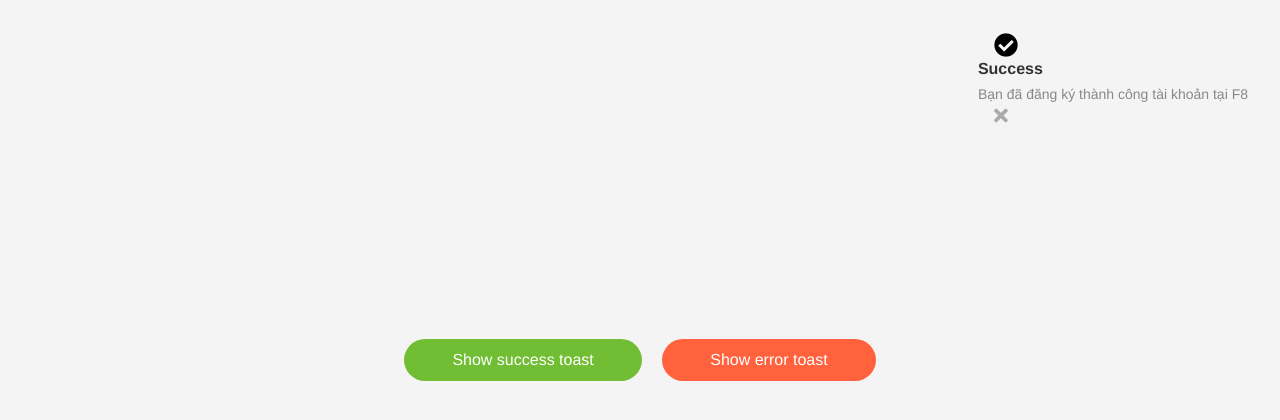
Repository: vuongtm1999/Toast_Message
Page: toast-message.html
An editor plug-in stored every save of this project. The page is shown before and after the next save, followed by the edit.
The browser window is 1280 px wide. The pictures show the whole page.

Above is the page before, as saved 2022-09-01 12:45:09.

After the next save:
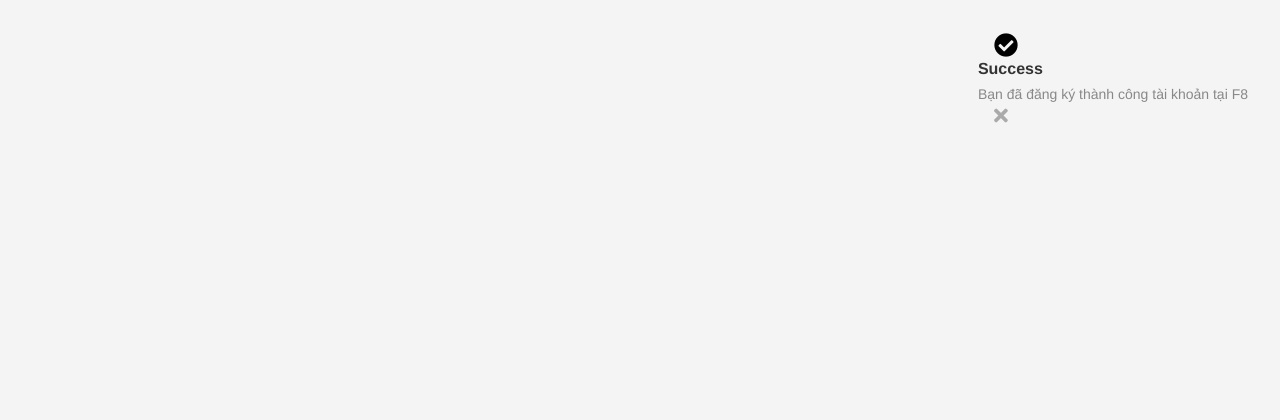
Saved 81 s later.
--- a/toast-message.html
+++ b/toast-message.html
@@ -29,14 +29,14 @@
       </div>
     </div>
 
-    <div>
+    <!-- <div>
       <div onclick="showSuccessToast();" class="btn btn--success">
         Show success toast
       </div>
       <div onclick="showErrorToast();" class="btn btn--danger">
         Show error toast
       </div>
-    </div>
+    </div> -->
 
     <!-- warming -->
     <!-- <div class="toast__icon">
